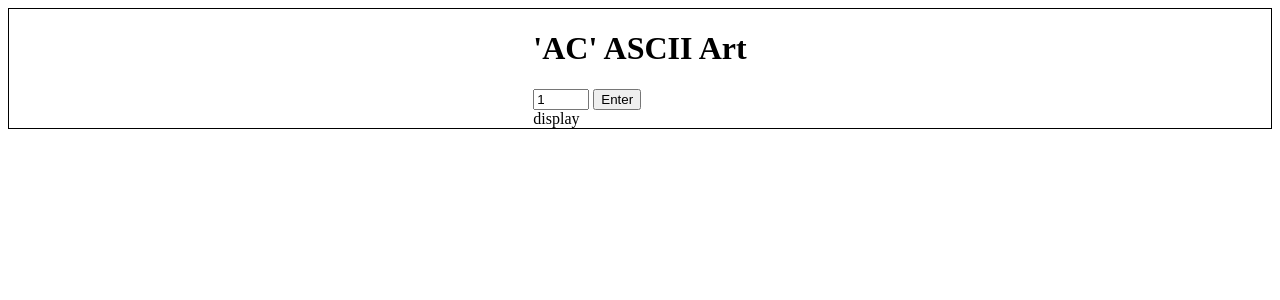
Repository: Achorn/ascii-art
Page: index.html
These files come from the project's save history. The page is drawn as it stood at one moment and after the next save; the edit follows.
The browser window is 1280 px wide. The pictures show the whole page.

Above is the page before, as saved 2021-08-08 13:45:01.

After the next save:
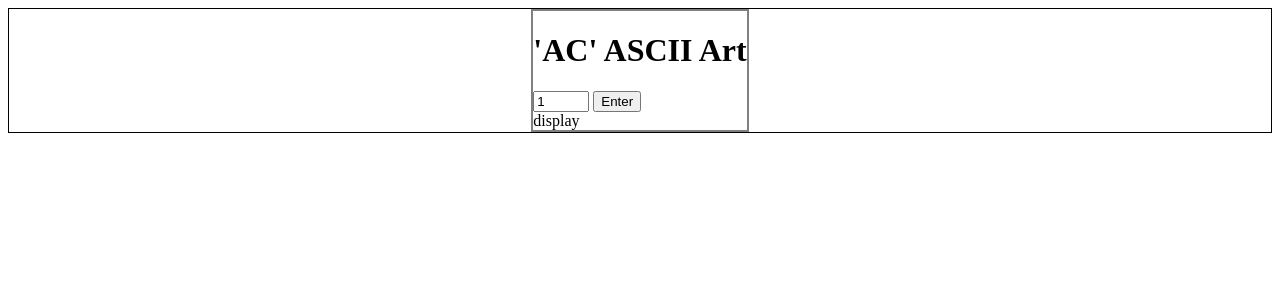
Saved 30 s later.
--- a/styles.css
+++ b/styles.css
@@ -5,3 +5,7 @@ body {
   justify-content: center;
   align-items: center;
 }
+
+form {
+  border: 2px solid grey;
+}
